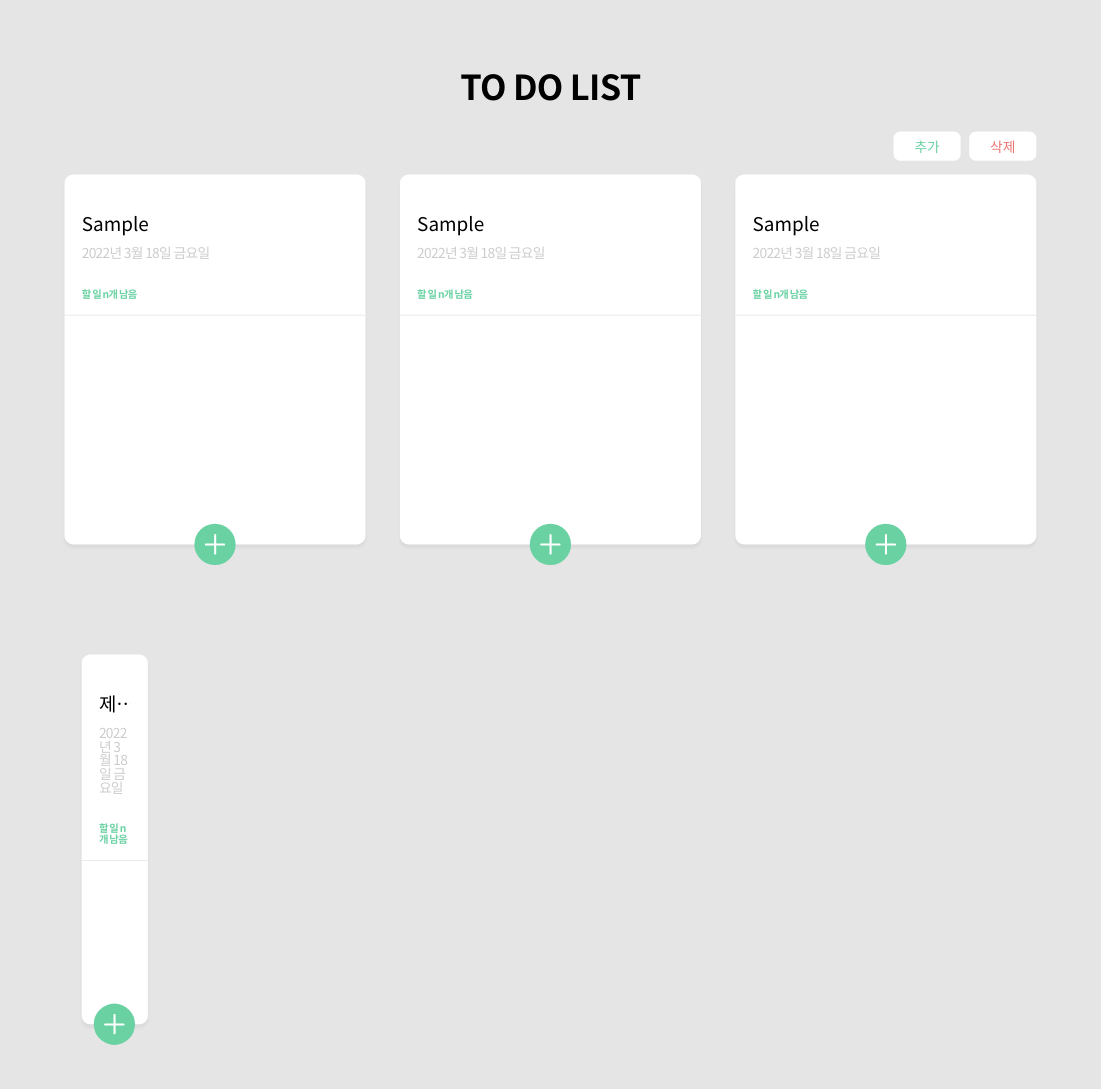
Repository: KIMSEOUNYOUNG/toDoList
Page: skin/main.html
An editor plug-in stored every save of this project. The page is shown before and after the next save, followed by the edit.
The browser window is 1280 px wide. The pictures show the whole page, at 86% of full size.
Empty fields were first filled with sample values (such as "Sample", 5 or name@example.com).
After loading, the first visible `button.btn` was clicked once.

Above is the page before, as saved 2022-04-29 17:08:47.

After the next save:
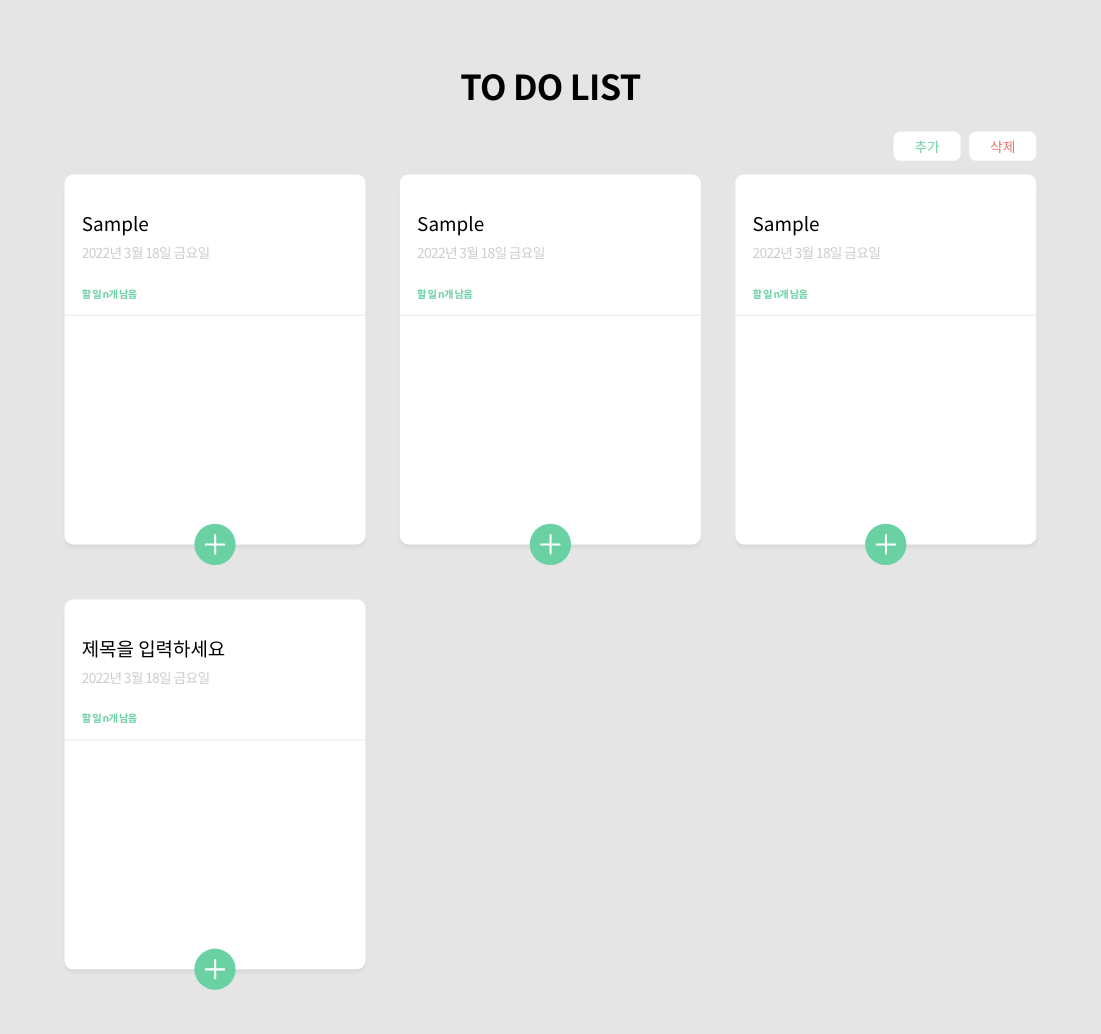
Saved 76 s later.
--- a/skin/main.html
+++ b/skin/main.html
@@ -253,9 +253,7 @@
     }
 
     function addBox(){
-        var newBox = `<div class="col_8">
-
-                            <label class="del_chk">
+        var newBox = `<label class="del_chk">
                                 <input type="checkbox" disabled>
                                 <div class="tdList_box">
 
@@ -280,9 +278,7 @@
                                     </div>
 
                                 </div>
-                            </label>
-
-                     </div>`;
+                        </label>`;
         var boxWrap = document.querySelector('.row');
         var newCol = document.createElement('div');
 
